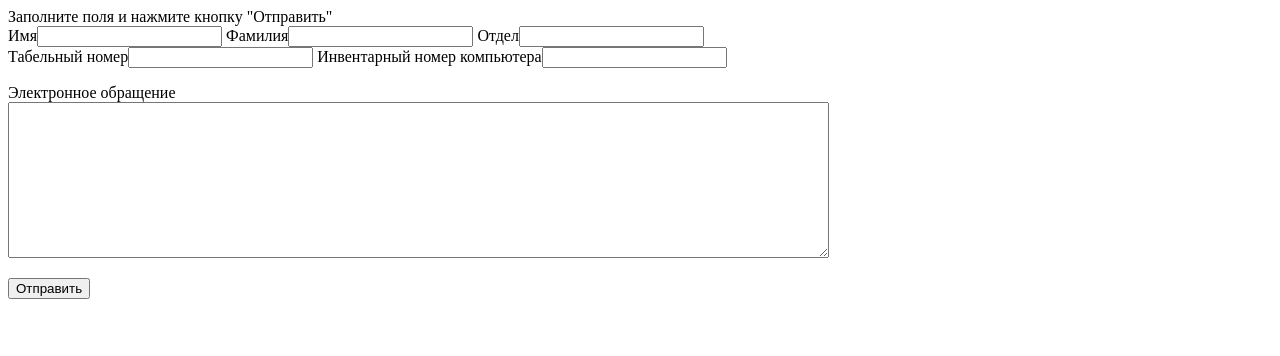
Repository: pitonby/monolitWebApp
Page: WebApp/WebContent/NewFile.html
The author's editor kept a copy of each file at every save. The page is drawn from the files as they stood at one save, then again after the next save.
The browser window is 1280 px wide. The pictures show the whole page.

Above is the page before, as saved 2017-05-29 09:15:53.

### WebApp/WebContent/NewFile.html
<!DOCTYPE html>
<html>
<head>
<meta charset="UTF-8">
<title>Электронная заявка</title>
</head>
<body>
Заполните поля и нажмите кнопку "Отправить"
	<form method="POST" action="MyServlet">
	Имя<input type="text" name="firstName">
	Фамилия<input type="text" name="secondName">
	Отдел<input type="text" name="department"><Br>
	Табельный номер<input type="text" name="id">
	Инвентарный номер компьютера<input type="text" name="pcNumber">
	<p>Электронное обращение<Br>
   <textarea name="comment" cols="100" rows="10"></textarea></p>
	<input type="submit" value="Отправить">
	</form>
</body>
</html>

After the next save:
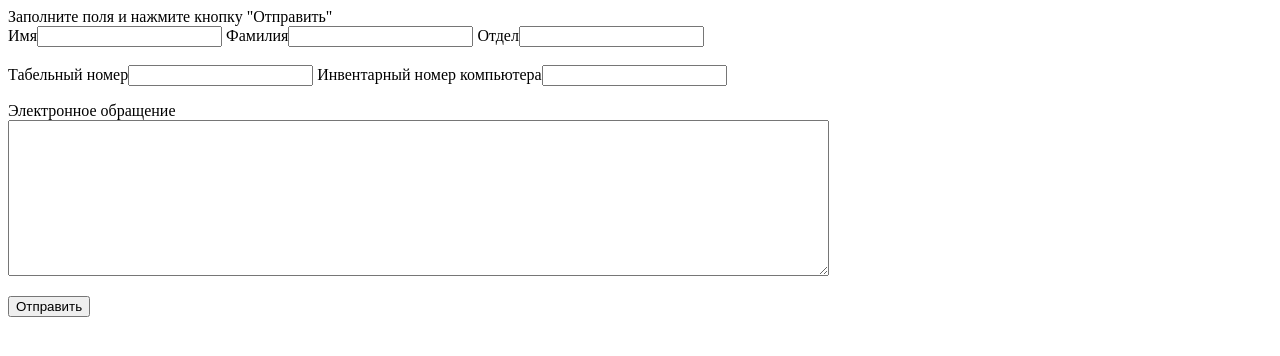
Saved 18 s later.
--- a/WebApp/WebContent/NewFile.html
+++ b/WebApp/WebContent/NewFile.html
@@ -9,7 +9,7 @@
 	<form method="POST" action="MyServlet">
 	Имя<input type="text" name="firstName">
 	Фамилия<input type="text" name="secondName">
-	Отдел<input type="text" name="department"><Br>
+	Отдел<input type="text" name="department"><Br><Br>
 	Табельный номер<input type="text" name="id">
 	Инвентарный номер компьютера<input type="text" name="pcNumber">
 	<p>Электронное обращение<Br>
